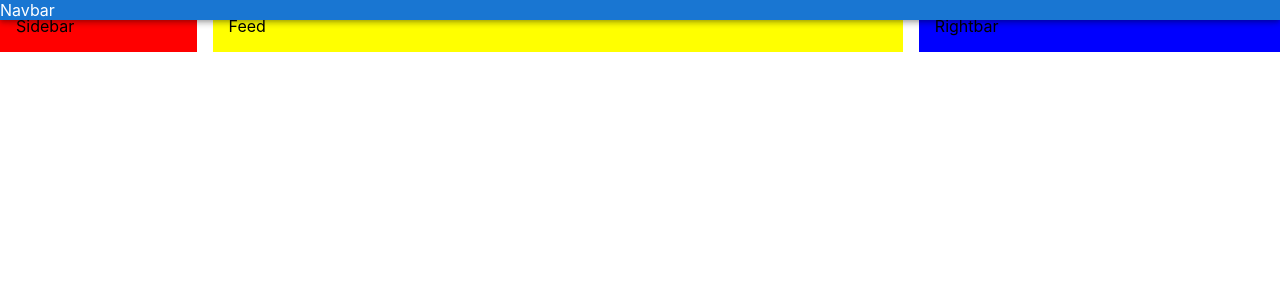
Repository: abubaker-cs/mui5_dashboard
Page: /
An editor plug-in stored every save of this project. The page is shown before and after the next save, followed by the edit.
The browser window is 1280 px wide. The pictures show the whole page.
The project was rebuilt for these pictures with package versions that can differ from the ones it lists, and the page was loaded fresh each time. Also part of the build but not shown: src/App.css.

Above is the page before, as saved 2022-07-17 05:40:32.

After the next save:
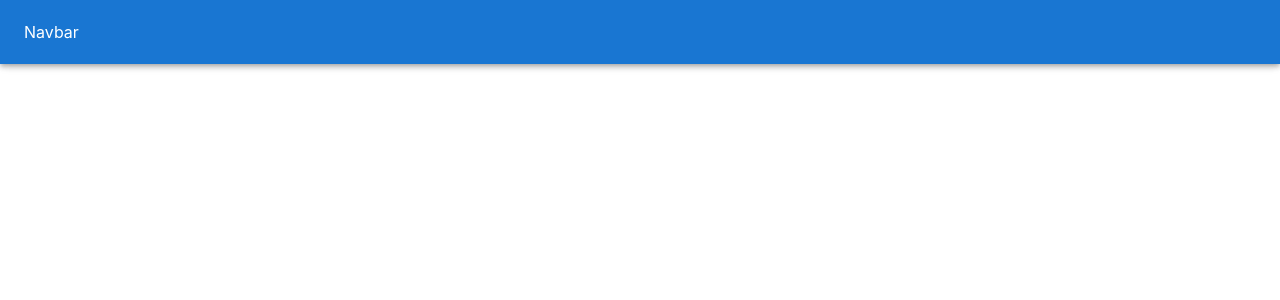
Saved 18 s later.
--- a/src/components/Navbar.jsx
+++ b/src/components/Navbar.jsx
@@ -1,8 +1,12 @@
-import { AppBar } from "@mui/material";
+import { AppBar, Toolbar } from "@mui/material";
 import React from "react";
 
 const Navbar = () => {
-  return <AppBar>Navbar</AppBar>;
+  return (
+    <AppBar>
+      <Toolbar>Navbar</Toolbar>
+    </AppBar>
+  );
 };
 
 export default Navbar;
